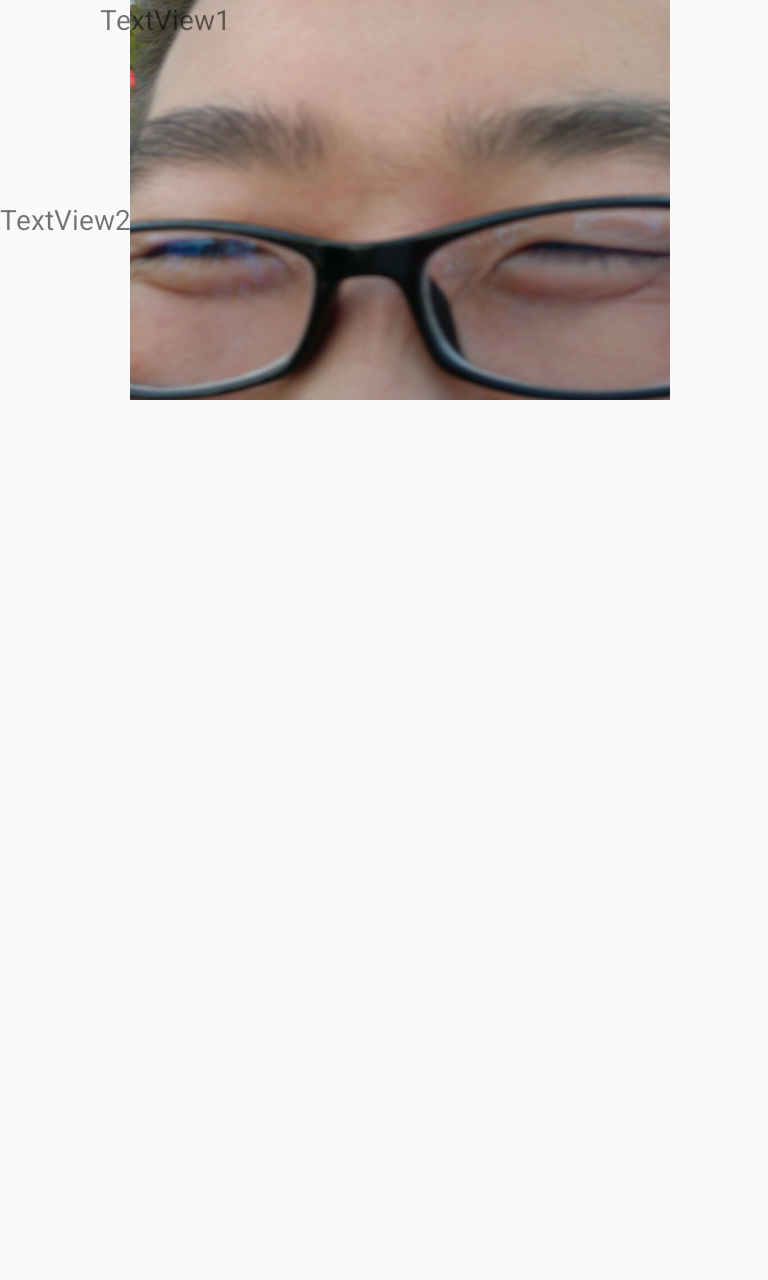
Repository: mjchow/qiuyi
Layout: demo1/res/layout/activity_main.xml
An editor plug-in stored every save of this project. The layout is shown before and after the next save, followed by the edit.
It is drawn on a 768 x 1280 px phone screen (xhdpi) without system bars, with theme AppTheme; the app's code is not run.

Above is the layout before, as saved 2014-12-25 15:56:29.

After the next save:
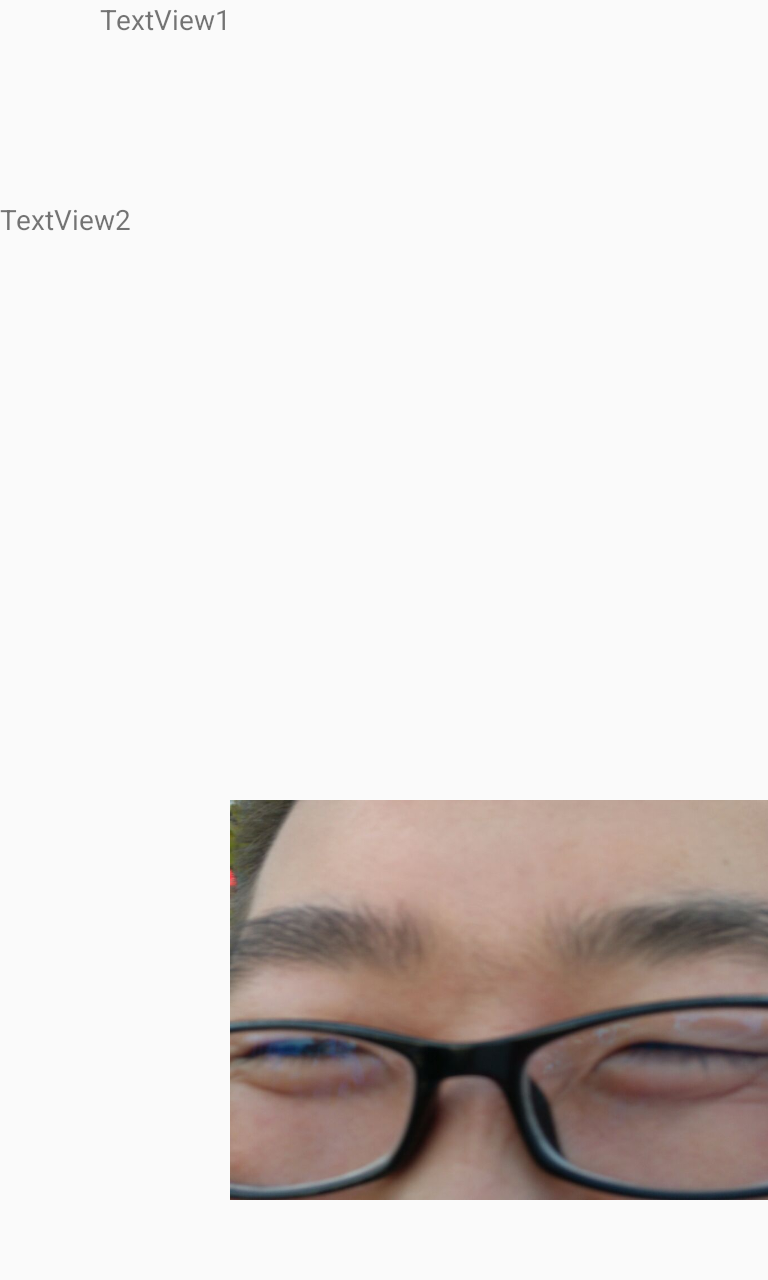
Saved 36 s later.
--- a/demo1/res/layout/activity_main.xml
+++ b/demo1/res/layout/activity_main.xml
@@ -8,8 +8,8 @@
 
     <ImageView
          android:id="@+id/imageview1"
-         android:layout_marginBottom="10dp"
-         android:layout_width="400dp"
+         android:layout_marginTop="400dp"
+         android:layout_width="500dp"
          android:layout_height="200dp"
          android:scaleType="fitCenter"
          android:src="@drawable/ydt1" />
